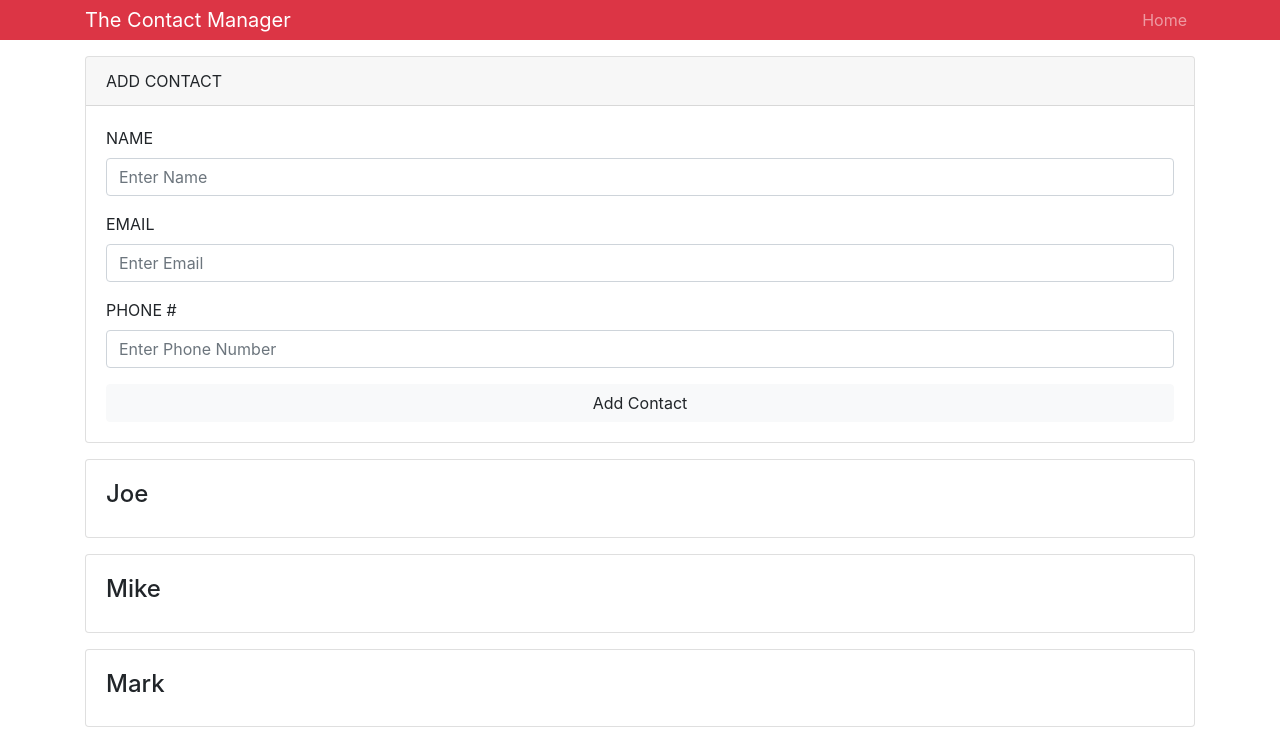
Repository: MikeTroianello/Contact-Manager
Page: /
An editor plug-in stored every save of this project. The page is shown before and after a run of saves, followed by the edit.
The browser window is 1280 px wide. The pictures show the whole page.
The project was rebuilt for these pictures with package versions that can differ from the ones it lists, and the page was loaded fresh each time. Also part of the build but not shown: src/App.css.

Above is the page before, as saved 2019-05-20 10:41:01.

After the next 2 saves:
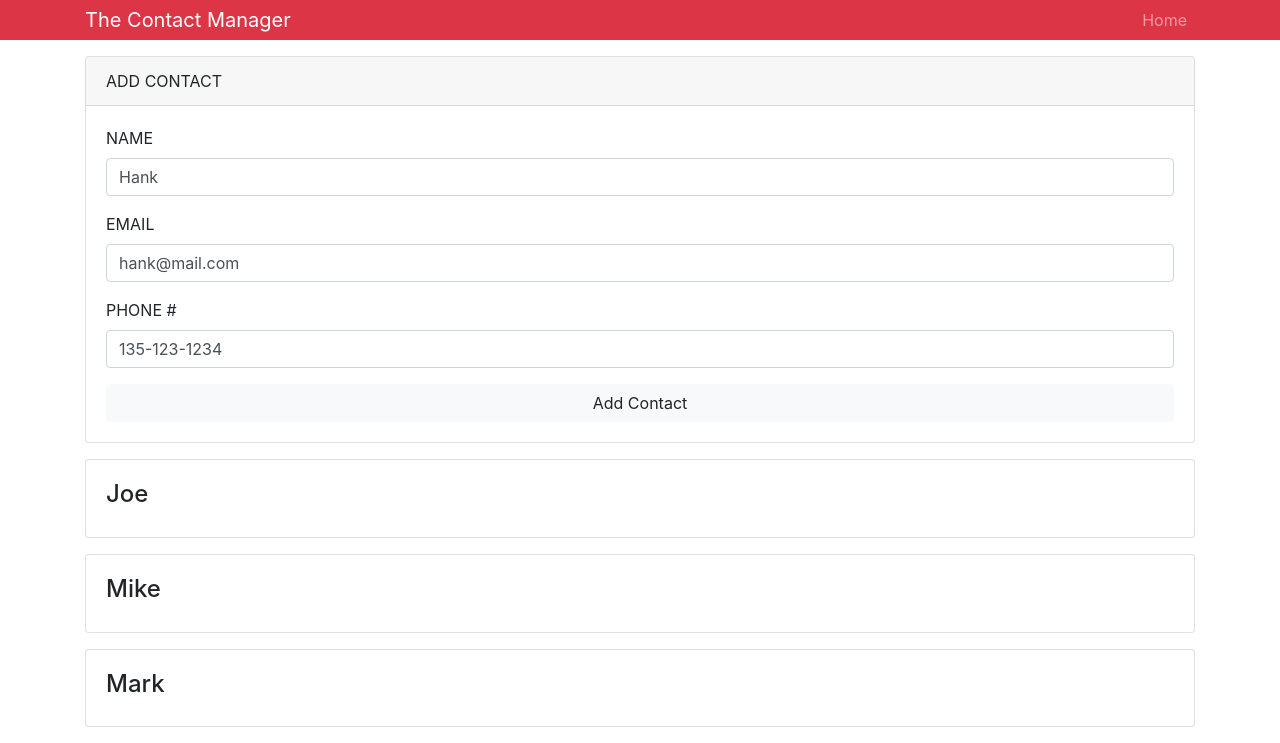
The 2 saves are shown as one change because 1 did not build or start.
The last was saved 15 min 12 s later.
--- a/src/components/contacts/AddContact.js
+++ b/src/components/contacts/AddContact.js
@@ -1,23 +1,19 @@
 import React, { Component } from "react";
 
 class AddContact extends Component {
-  state = {
-    name: "",
-    email: "",
-    phone: ""
-  };
-
-  onChange = e => {
-    this.setState({ [e.target.name]: e.target.value });
-  };
-
   onSubmit = e => {
     e.preventDefault();
     console.log(this.state);
   };
 
+  static defaultProps = {
+    name: "Hank",
+    email: "hank@mail.com",
+    phone: "135-123-1234"
+  };
+
   render() {
-    const { name, email, phone } = this.state;
+    const { name, email, phone } = this.props;
     return (
       <div className="card mb-3">
         <div className="card-header">ADD CONTACT</div>
@@ -31,7 +27,6 @@ class AddContact extends Component {
                 className="form-control lg"
                 placeholder="Enter Name"
                 value={name}
-                onChange={this.onChange}
               />
             </div>
             <div className="form-group">
@@ -42,7 +37,6 @@ class AddContact extends Component {
                 className="form-control lg"
                 placeholder="Enter Email"
                 value={email}
-                onChange={this.onChange}
               />
             </div>
             <div className="form-group">
@@ -53,7 +47,6 @@ class AddContact extends Component {
                 className="form-control lg"
                 placeholder="Enter Phone Number"
                 value={phone}
-                onChange={this.onChange}
               />
             </div>
             <input
